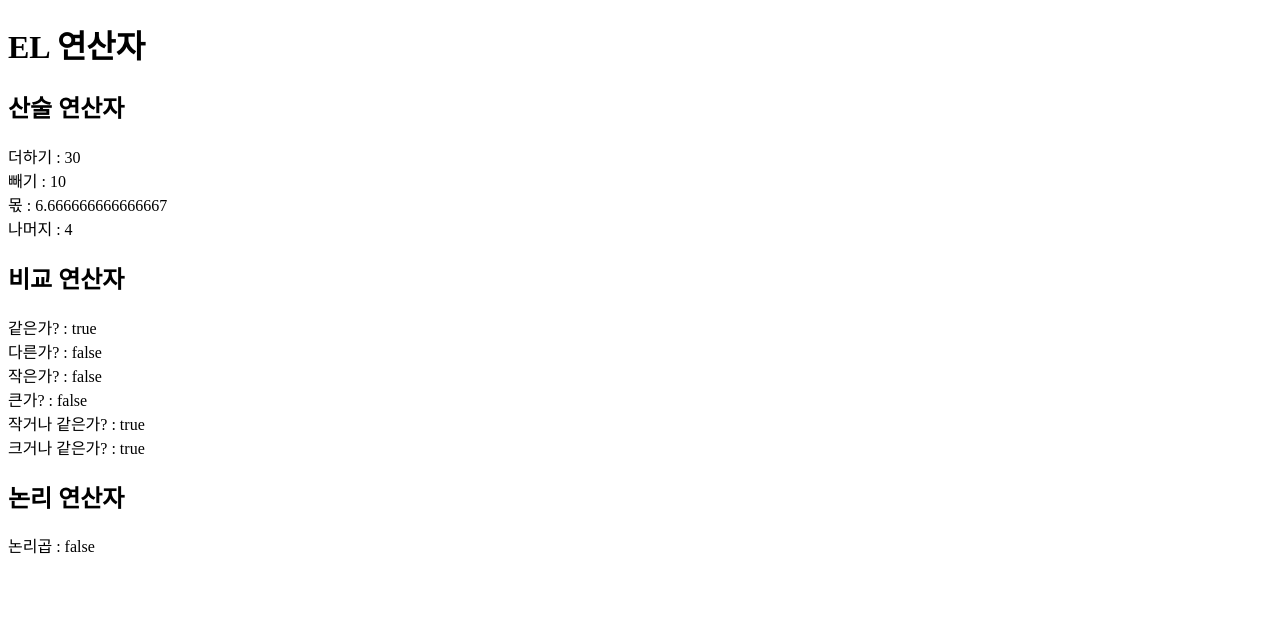
Repository: dnwpdud/WEB_CODES
Page: http://localhost/Web07_EL_JSTL/01_Expression_Language/02_operator.jsp
These files come from the project's save history. The page is drawn as it stood at one moment and after the next save; the edit follows.
The browser window is 1280 px wide. The pictures show the whole page.
The page is served by Tomcat 9. Other server files are loaded and not shown.

Above is the page before, as saved 2024-04-05 07:19:10.

### Web07_EL_JSTL/src/main/webapp/01_Expression_Language/02_operator.jsp
<%@page import="java.util.ArrayList"%>
<%@ page language="java" contentType="text/html; charset=UTF-8"
    pageEncoding="UTF-8"%>
<!DOCTYPE html>
<html>
<head>
<meta charset="UTF-8">
<title>EL 연산자</title>
</head>
<body>
	<%
		String nullStr = null;
		String emptStr = "";
		String[] zeroArray = new String[0];
		ArrayList<String> emptList = new ArrayList<>();

		pageContext.setAttribute("nullStr", nullStr);
		pageContext.setAttribute("emptStr", emptStr);
		pageContext.setAttribute("zeroArray", zeroArray);
		pageContext.setAttribute("emptList", emptList);



	%>

	<%--
	EL 연산자
	- 기본적인 연산자는 자바와 동일
	- '/'와 div는 동일한 연산자

	 --%>

	<h1>EL 연산자</h1>
	<h2>산술 연산자</h2>
	더하기 : ${20 + 10}<br>
	빼기 : ${'20'- '10'}<br>
	몫 : ${'40' div '6' }<br>
	나머지 : ${40 mod 6 }<br>

	<h2>비교 연산자</h2>
	같은가? : ${'10' eq '10' }<br>
	다른가? : ${'10' ne '10' }<br>
	작은가? : ${'10' lt '10' }<br>
	큰가? : ${'10' gt '10' }<br>
	작거나 같은가? : ${'10' le '10' }<br>
	크거나 같은가? : ${'10' ge '10' }<br>

	<h2>논리 연산자</h2>
	논리곱 : ${true and false }<br>
</body>
</html>

After the next save:
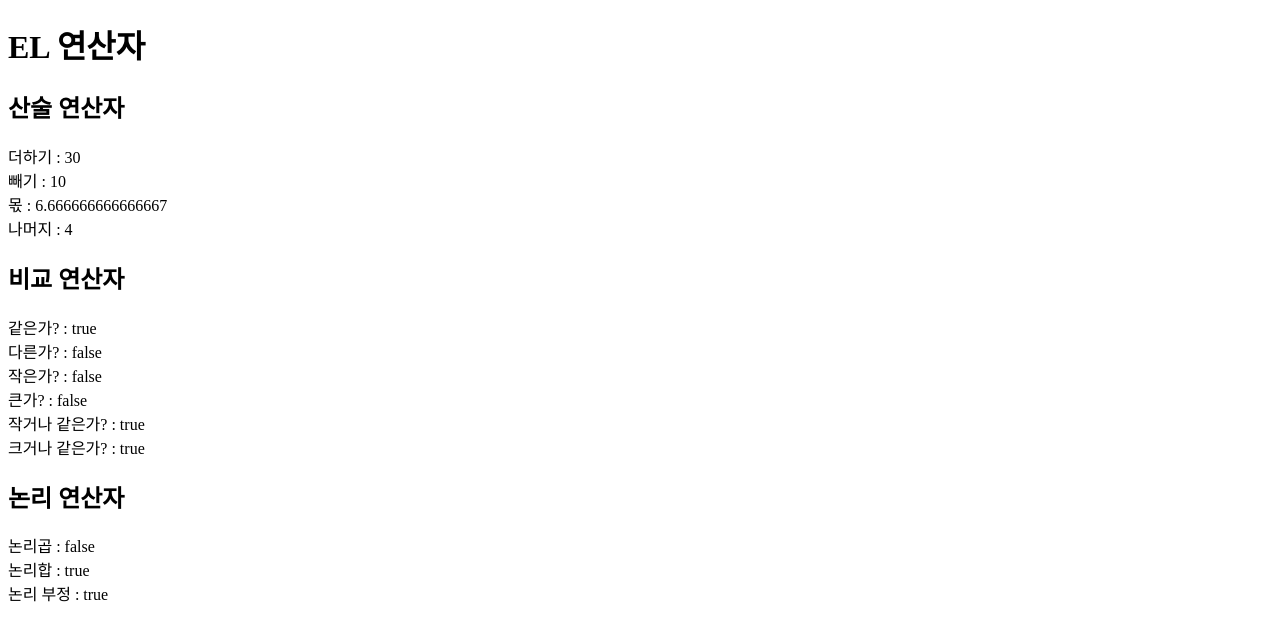
Saved 33 s later.
--- a/Web07_EL_JSTL/src/main/webapp/01_Expression_Language/02_operator.jsp
+++ b/Web07_EL_JSTL/src/main/webapp/01_Expression_Language/02_operator.jsp
@@ -47,5 +47,8 @@
 
 	<h2>논리 연산자</h2>
 	논리곱 : ${true and false }<br>
+	논리합 : ${true or false }<br>
+	논리 부정 : ${not false }<br>
+
 </body>
 </html>
